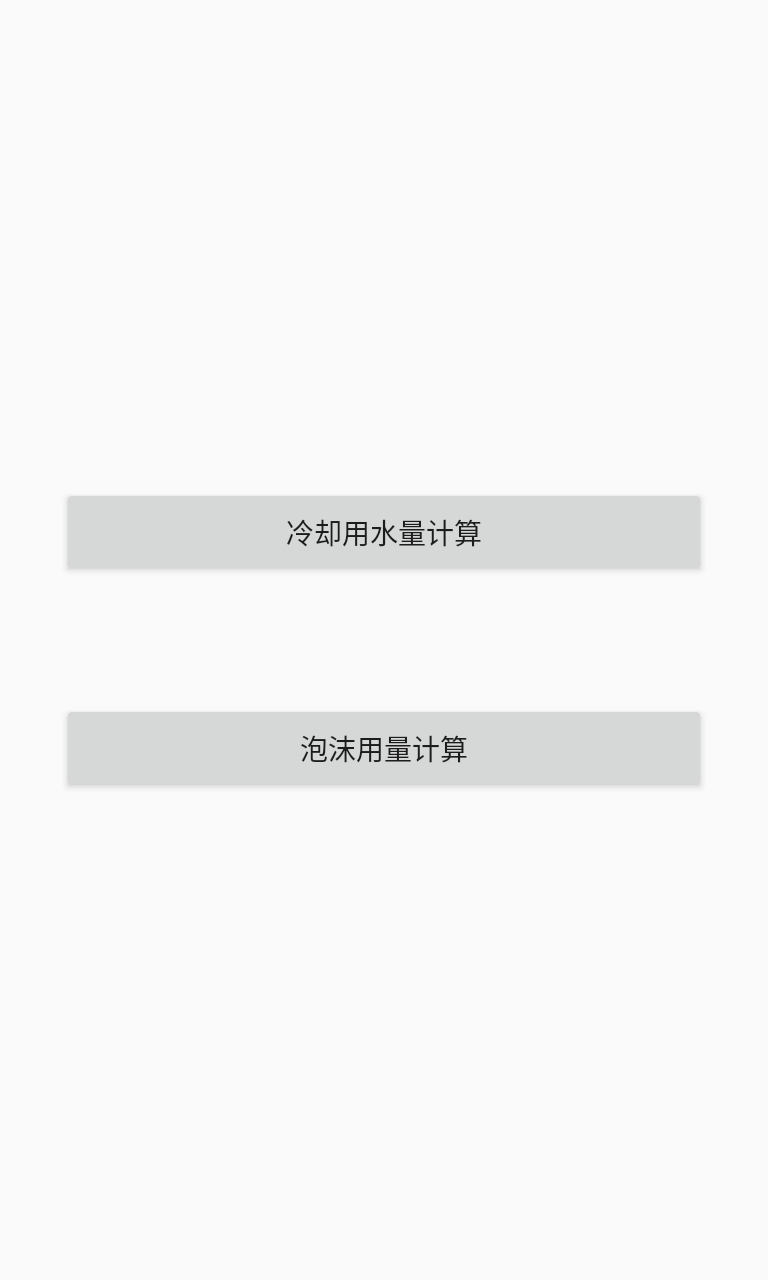
Repository: hohoTT/fireWork_handle_app
Layout: fireWork_handle_app/res/layout/water_power.xml
These files come from the project's save history. The layout is drawn as it stood at one moment and after the next save; the edit follows.
It is drawn on a 768 x 1280 px phone screen (xhdpi) without system bars, with theme AppTheme; the app's code is not run.

Above is the layout before, as saved 2016-03-03 04:10:30.

After the next save:
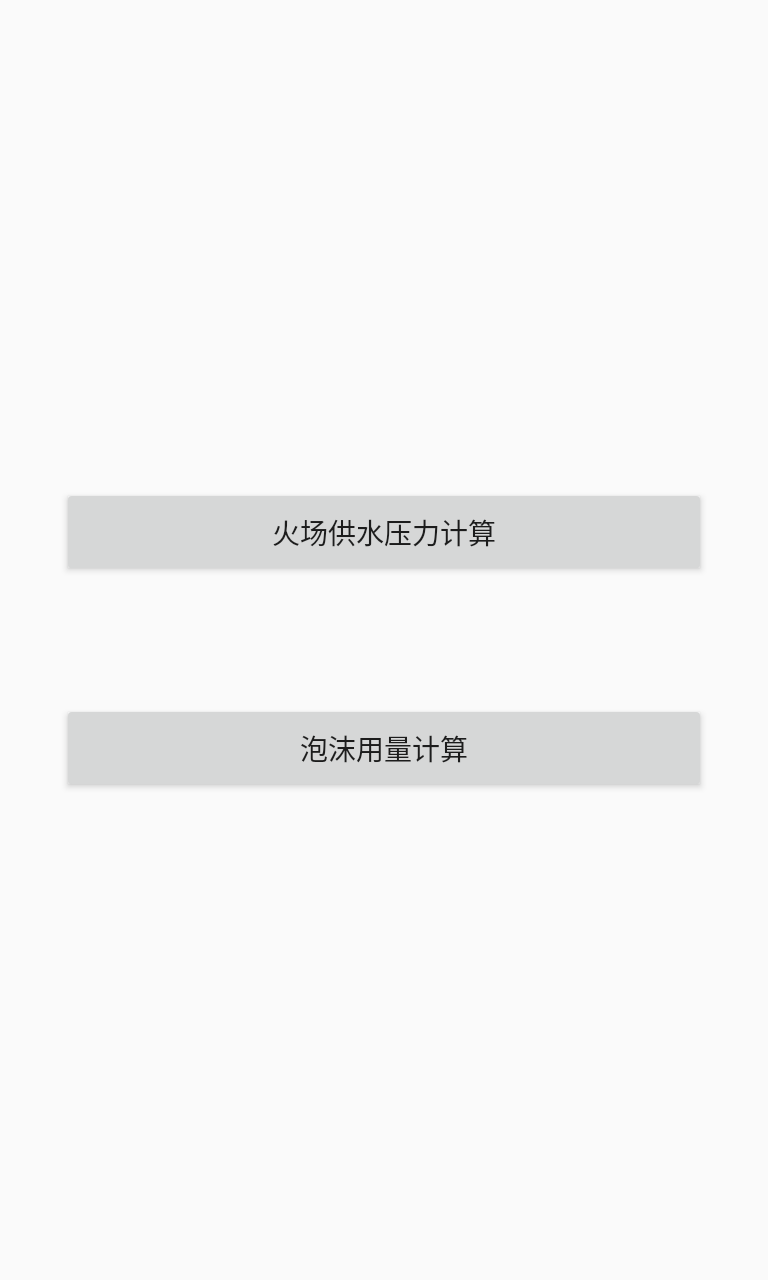
Saved 23 s later.
--- a/fireWork_handle_app/res/layout/water_power.xml
+++ b/fireWork_handle_app/res/layout/water_power.xml
@@ -6,11 +6,11 @@
     android:orientation="vertical" >
 
 	<Button
-        android:id="@+id/btu_olican_fire_water"
+        android:id="@+id/btu_water_power_fire"
 	    android:layout_width="match_parent"
 	    android:layout_height="wrap_content"
 	    android:layout_margin="30dp"
-	    android:text="@string/olican_fire_water" />
+	    android:text="@string/water_power_fire" />
 
     <Button
         android:id="@+id/btu_olican_fire_foam"
